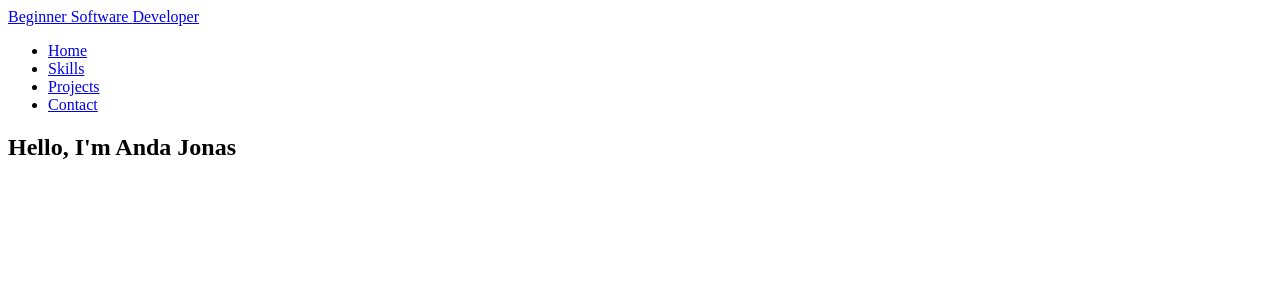
Repository: andajonas/ANDJON25111_fto2505_A_Anda-Jonas_CDV05
Page: index.html
These files come from the project's save history. The page is drawn as it stood at one moment and after the next save; the edit follows.
The browser window is 1280 px wide. The pictures show the whole page.

Above is the page before, as saved 2025-09-19 16:39:15.

After the next save:
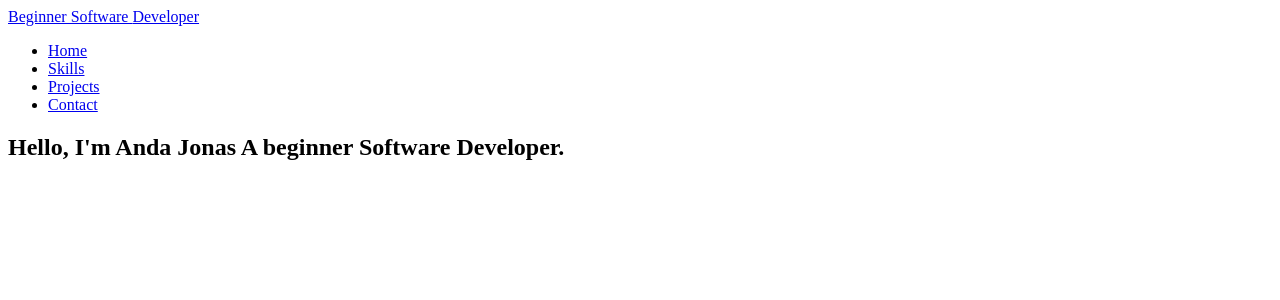
Saved 14 s later.
--- a/index.html
+++ b/index.html
@@ -27,7 +27,7 @@
         <div class="container">
             <div class="hero-content">
                 <div class="hero-text">
-                    <h1>Hello, I'm Anda Jonas<span<</h1>
+                    <h1>Hello, I'm Anda Jonas<span> A beginner Software Developer.</span></h1>
 
             </div>
         </div>
